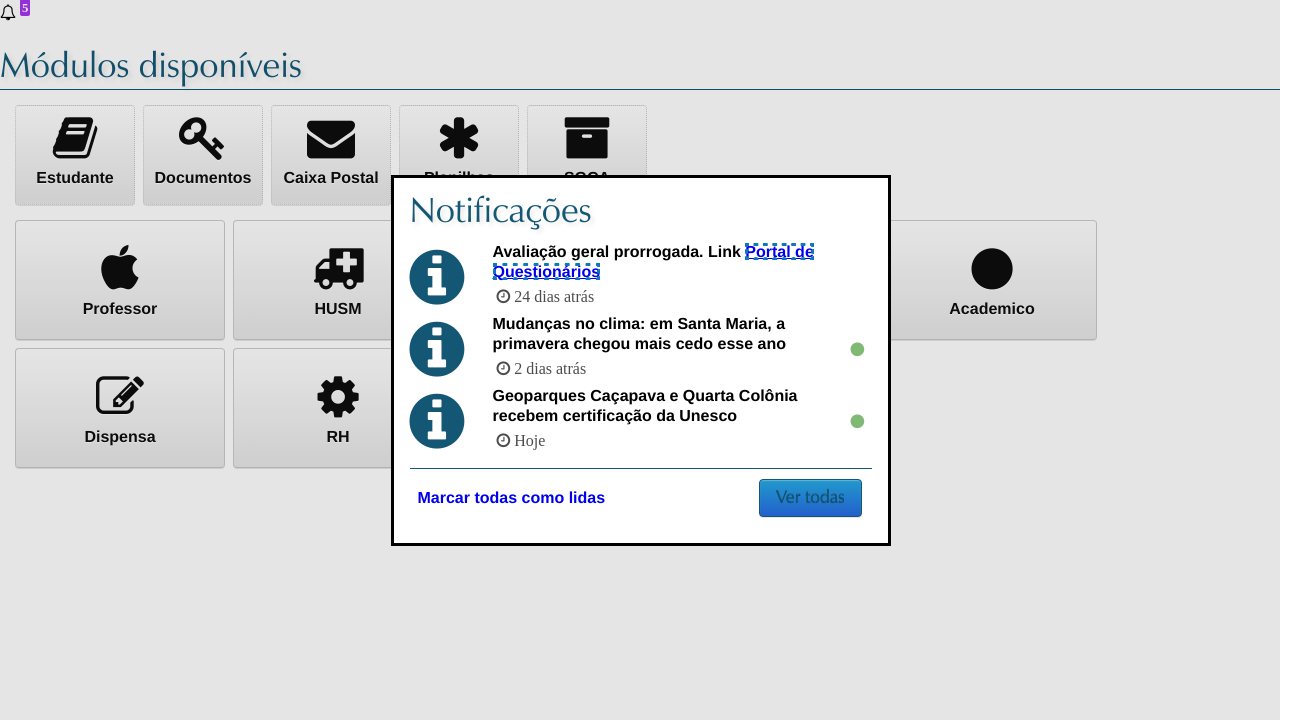
Repository: evertonagilar/study
Page: css/css-notificacao-dialog/index.html
An editor plug-in stored every save of this project. The page is shown before and after a run of saves, followed by the edit.
The browser window is 1280 px wide. The page is 1295 px wide, so the pictures cover 1295 px, including what lies to the right of the window. The pictures show the whole page.
After loading, the first visible `span.dashboard-notificacoes-button` was clicked once.

Above is the page before, as saved 2023-09-11 22:17:25.

After the next 2 saves:
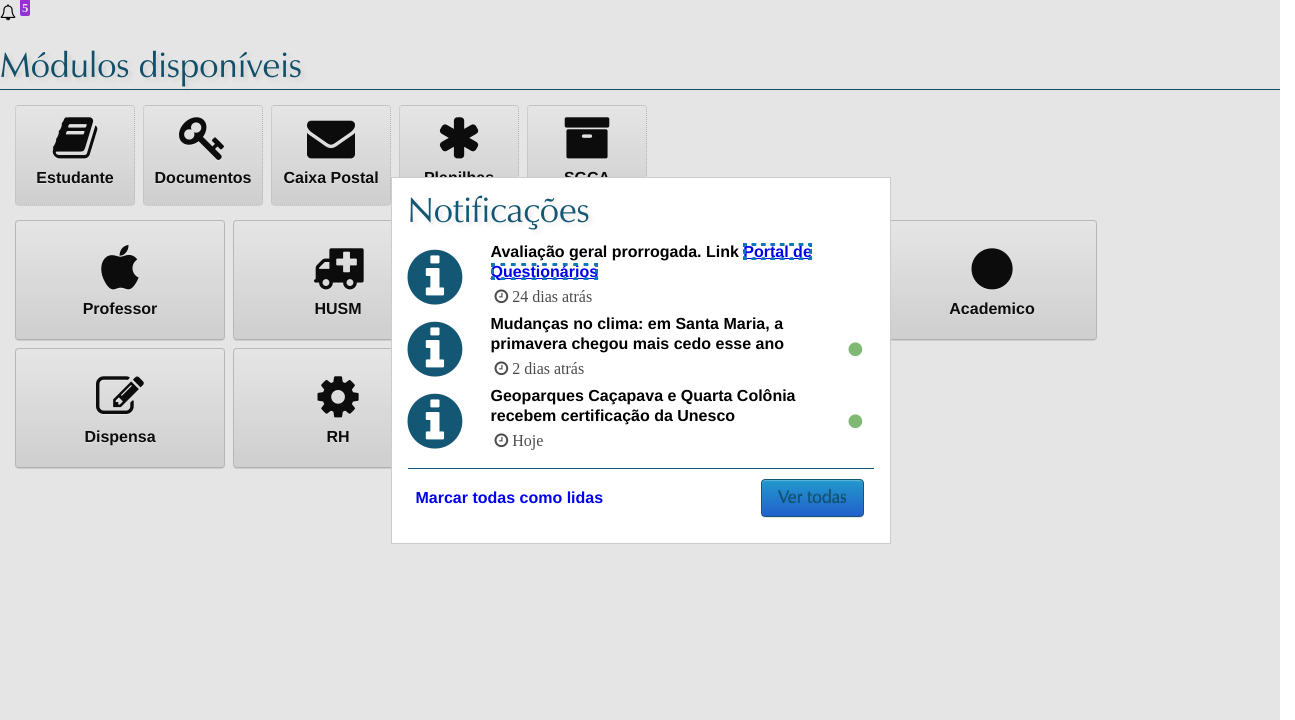
The 2 saves are shown as one change because they came seconds apart.
The last was saved 5 s later.
--- a/css/css-notificacao-dialog/css/style.css
+++ b/css/css-notificacao-dialog/css/style.css
@@ -138,7 +138,7 @@
     width: 500px;
     transition: all .2s ease;
     z-index: 200;
-    border: 1px solid .065rem solid #ccc;;
+    border: .065rem solid #ccc;
 
 
 }
